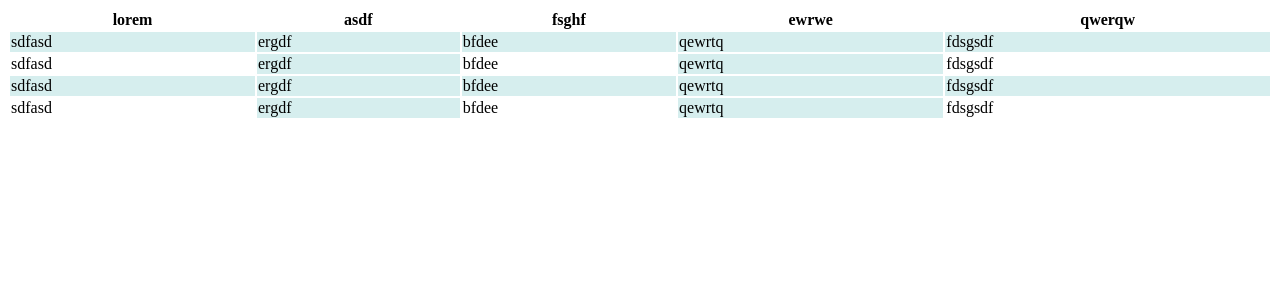
Repository: donggri1/WORKSPACE
Page: WebClass/webPro/src/main/webapp/html/days03/ex07_04.html
These files come from the project's save history. The page is drawn as it stood at one moment and after the next save; the edit follows.
The browser window is 1280 px wide. The pictures show the whole page.

Above is the page before, as saved 2024-03-26 05:35:55.

### WebClass/webPro/src/main/webapp/html/days03/ex07_04.html
<!DOCTYPE html>
<html>
<head>
<meta charset="UTF-8">
<title>Insert title here</title>
<link rel="shortcut icon" type="image/x-icon" href="http://localhost/webPro/images/SiSt.ico">
<style>
	table{
		width: 100%;
	}
	tr:nth-child(even){ /* tr:nth-child(odd) */
		background-color: #d6eeee;
	}
	td:nth-child(even){
		background-color: #d6eeee;
	}

</style>
</head>
<body>


<table>
	<tr>
		<th>lorem</th>
		<th>asdf</th>
		<th>fsghf</th>
		<th>ewrwe</th>
		<th>qwerqw</th>
	</tr>
	<tr>
		<td>sdfasd</td>
		<td>ergdf</td>
		<td>bfdee</td>
		<td>qewrtq</td>
		<td>fdsgsdf</td>
	</tr>
	<tr>
		<td>sdfasd</td>
		<td>ergdf</td>
		<td>bfdee</td>
		<td>qewrtq</td>
		<td>fdsgsdf</td>
	</tr>
	<tr>
		<td>sdfasd</td>
		<td>ergdf</td>
		<td>bfdee</td>
		<td>qewrtq</td>
		<td>fdsgsdf</td>
	</tr>
	<tr>
		<td>sdfasd</td>
		<td>ergdf</td>
		<td>bfdee</td>
		<td>qewrtq</td>
		<td>fdsgsdf</td>
	</tr>
</table>
</body>
</html>

After the next save:
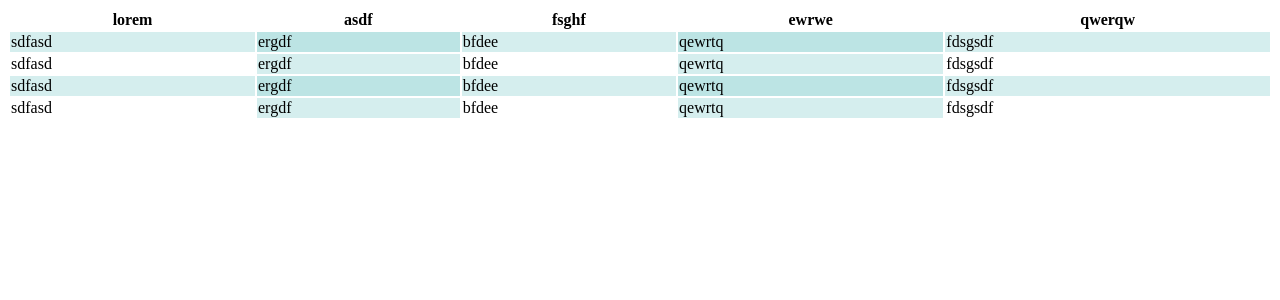
Saved 86 s later.
--- a/WebClass/webPro/src/main/webapp/html/days03/ex07_04.html
+++ b/WebClass/webPro/src/main/webapp/html/days03/ex07_04.html
@@ -9,10 +9,10 @@
 		width: 100%;
 	}
 	tr:nth-child(even){ /* tr:nth-child(odd) */
-		background-color: #d6eeee;
+		background-color: rgba(150,212,212,0.4);
 	}
 	td:nth-child(even){
-		background-color: #d6eeee;
+		background-color: rgba(150,212,212,0.4);
 	}
 
 </style>
